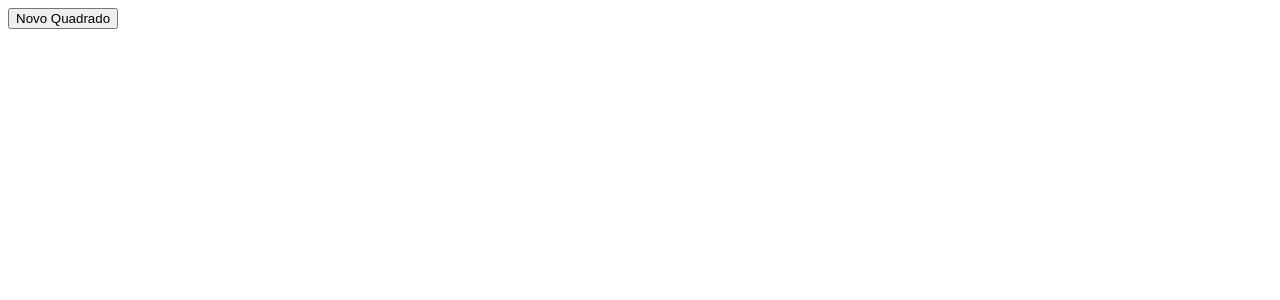
Repository: VictorAugustoBarros/Estudos
Page: javascript/Rocketseat/modulo2/1_exercicio.html
The author's editor kept a copy of each file at every save. The page is drawn from the files as they stood at one save, then again after a run of saves.
The browser window is 1280 px wide. The pictures show the whole page.
After loading, the first visible `button` was clicked once.

Above is the page before, as saved 2020-01-22 16:53:59.
Console error: SyntaxError: Unexpected token '}'

After the next 4 saves:
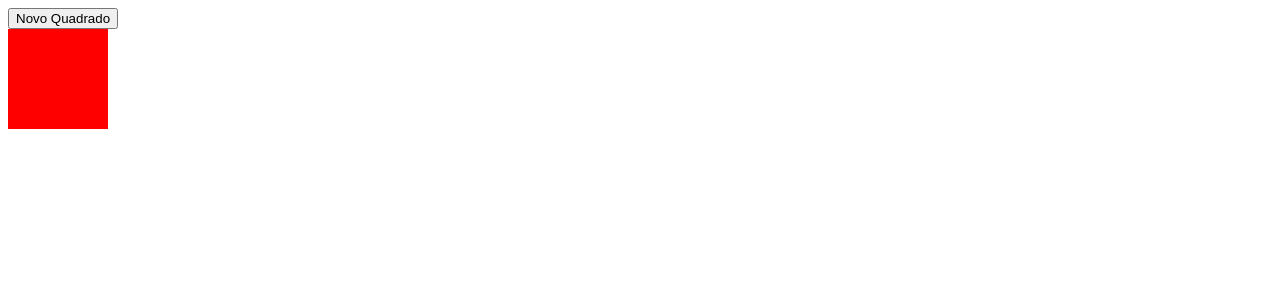
The error is gone.
The 4 saves are shown as one change because they came seconds apart.
The last was saved 12 s later.
--- a/javascript/Rocketseat/modulo2/1_exercicio.html
+++ b/javascript/Rocketseat/modulo2/1_exercicio.html
@@ -4,6 +4,7 @@
     </head>
     <body>
         <button onclick="addQuadrado()">Novo Quadrado</button>
+        <br>
         <div id="quadrados">
 
         </div>
@@ -20,7 +21,7 @@
 
 <script>
     function addQuadrado(){
-        html_quadrado = "<div class='quadrado'></div>"
-        document.getElementById("quadrados").innerHTML +=
+        html_quadrado = "<div class='quadrado'></div><br>"
+        document.getElementById("quadrados").innerHTML += html_quadrado;
     }
 </script>
